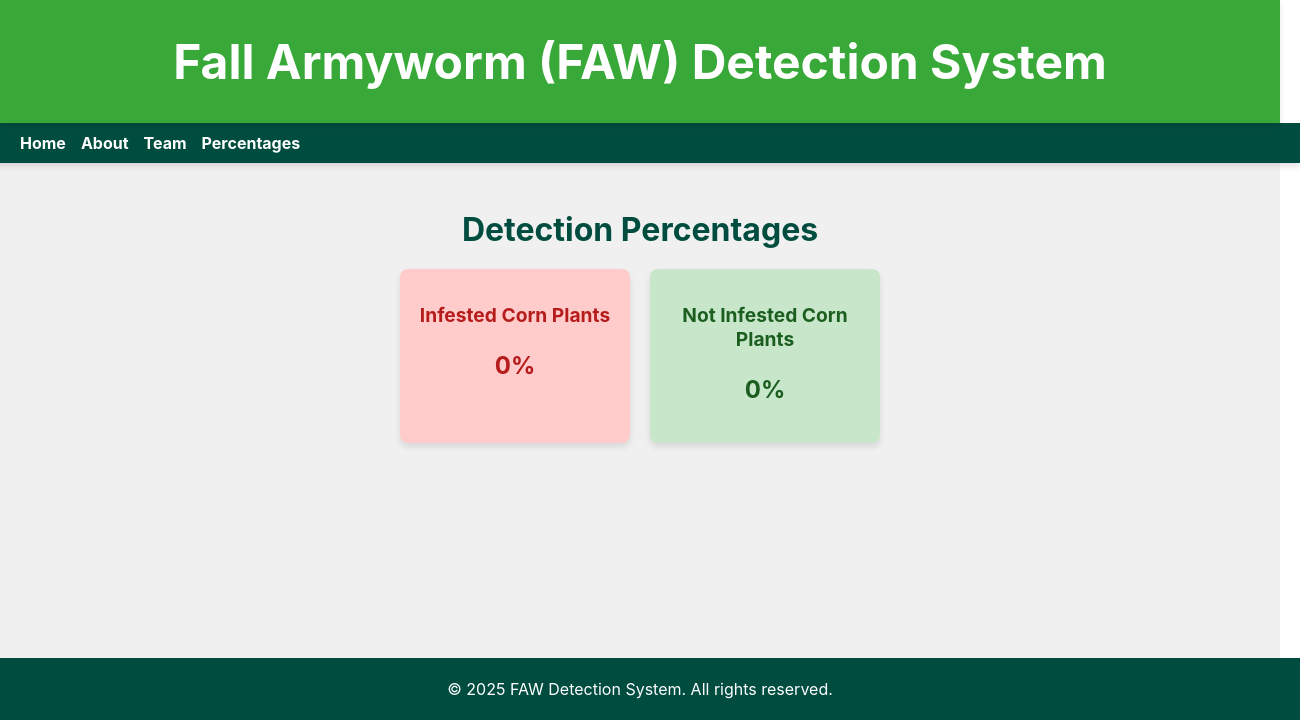
Repository: jansen223/faw-detection-main
Page: /percentages
These files come from the project's save history. The page is drawn as it stood at one moment and after the next save; the edit follows.
The browser window is 1280 px wide. The page is 1300 px wide, so the pictures cover 1300 px, including what lies to the right of the window. The pictures show the whole page.
The page's requests for data from a server got no answer. The project was rebuilt for these pictures with package versions that can differ from the ones it lists, and the page was loaded fresh each time. No one was signed in, and anything a server would have sent is missing. Also part of the build but not shown: src/pages/Home.css, src/pages/Home.js, src/pages/About.css, src/pages/About.js, src/pages/Team.css, src/pages/Team.js.

Above is the page before, as saved 2025-04-10 12:30:00.

After the next save:
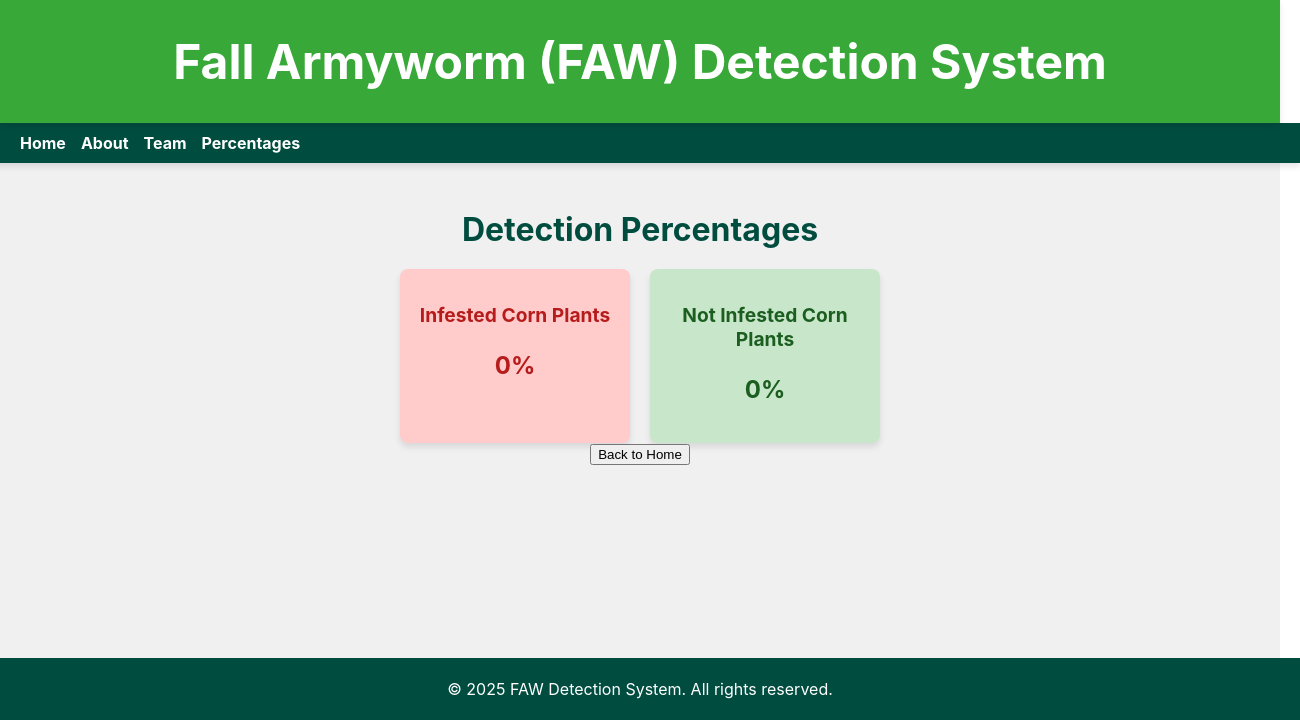
Saved 1 s later.
--- a/src/pages/Percentage.js
+++ b/src/pages/Percentage.js
@@ -1,10 +1,17 @@
 import React from 'react';
-import './Percentage.css';
+import { useNavigate } from 'react-router-dom';
+import './Percentages.css';
 
 function Percentages({ counts }) {
+  const navigate = useNavigate();
+
   const total = counts.infested + counts.notInfested;
   const infestedPercentage = total > 0 ? ((counts.infested / total) * 100).toFixed(2) : 0;
   const notInfestedPercentage = total > 0 ? ((counts.notInfested / total) * 100).toFixed(2) : 0;
+
+  const handleBack = () => {
+    navigate('/');
+  };
 
   return (
     <div className="percentages-container">
@@ -19,6 +26,9 @@ function Percentages({ counts }) {
           <p>{notInfestedPercentage}%</p>
         </div>
       </div>
+      <button onClick={handleBack} className="back-button">
+        Back to Home
+      </button>
     </div>
   );
 }
